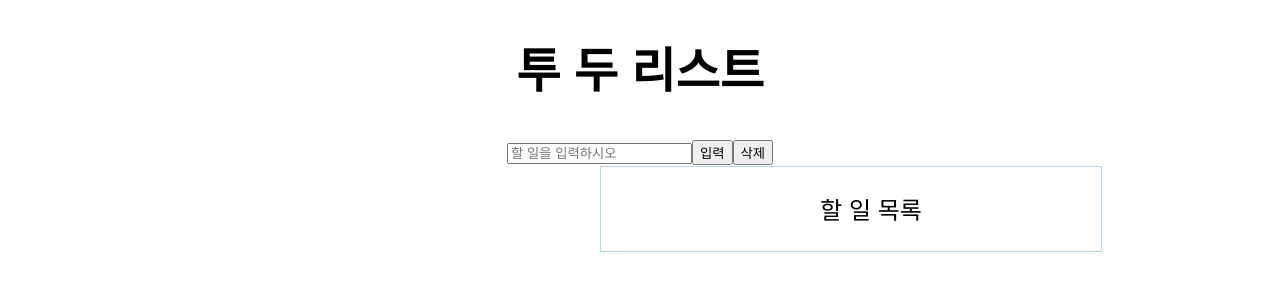
Repository: jun01270/Todo-List_React
Page: /, after clicking the first element matching `button`
These files come from the project's save history. The page is drawn as it stood at one moment and after the next save; the edit follows.
The browser window is 1280 px wide. The pictures show the whole page.
The project was rebuilt for these pictures with package versions that can differ from the ones it lists, and the page was loaded fresh each time.

Above is the page before, as saved 2023-01-03 01:47:19.

### public/index.html
<!DOCTYPE html>
<html lang="en">
  <head>
    <meta charset="utf-8" />
    <link rel="preconnect" href="https://fonts.googleapis.com" />
    <link rel="preconnect" href="https://fonts.gstatic.com" crossorigin />
    <link
      href="https://fonts.googleapis.com/css2?family=Nanum+Pen+Script&display=swap"
      rel="stylesheet"
    />
    <meta name="viewport" content="width=device-width, initial-scale=1" />
    <meta name="theme-color" content="#000000" />
    <meta
      name="description"
      content="Web site created using create-react-app"
    />
    <title>React App</title>
  </head>
  <body>
    <noscript>You need to enable JavaScript to run this app.</noscript>
    <div id="root"></div>
  </body>
</html>

### src/App.js
import "./App.css";
import Todo from "./todo";

function App() {
  return (
    <>
      <Todo />
    </>
  );
}

export default App;

### src/App.css
#todo {
  font-family: "Nanum Pen Script", cursive;
  font-size: x-large;
  display: flex;
  justify-content: center;
  text-align: center;
  flex-direction: column;
}

.todo-items {
  margin-left: 600px;
  width: 500px;
  border: 1px solid lightblue;
}

### src/todo.js
import { useState } from "react";
import "./App.css";

function Todo() {
  const [inputValue, setInputValue] = useState("");
  const [todoItems, setTodoItems] = useState([]);
  const [keyValue, keyState] = useState(0);
  const [key, inputKey] = useState([]);

  const handleInput = (e) => {
    setInputValue(e.target.value);
  };

  const handleTodo = (e) => {
    setTodoItems([...todoItems, inputValue]);
    keyState(keyValue + 1);
    inputKey([...key, keyValue]);
  };

  const deleteTodo = () => {
    setTodoItems([]);
  };

  return (
    <div id="todo">
      <h1>투 두 리스트</h1>
      <div>
        <input
          type="text"
          placeholder="할 일을 입력하시오"
          onChange={handleInput}
          value={inputValue}
        ></input>
        <button onClick={handleTodo}>입력</button>
        <button onClick={deleteTodo}>삭제</button>
      </div>
      <div className="todo-items">
        <ul>할 일 목록</ul>
        {todoItems.map((todos) => (
          <div id={keyValue}>{todos}</div>
        ))}
      </div>
    </div>
  );
}

export default Todo;

Loaded but not shown: src/index.js (common file); src/index.css (common file); src/reportWebVitals.js (common file)

After the next save:
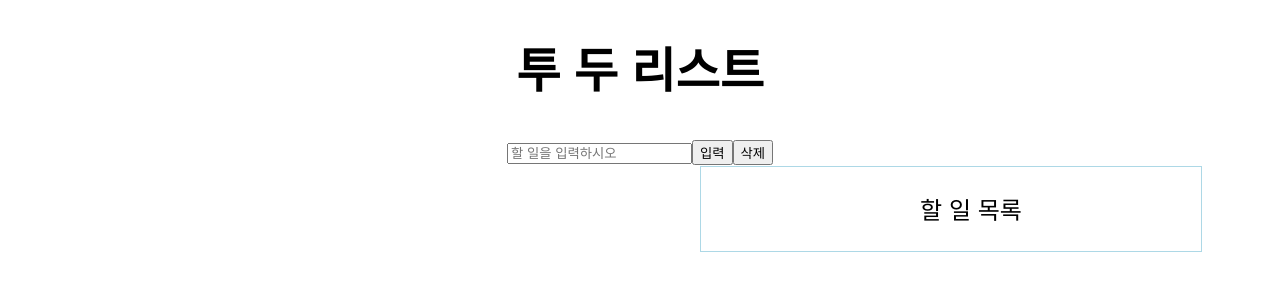
Saved 43 min 56 s later.
--- a/src/App.css
+++ b/src/App.css
@@ -8,7 +8,7 @@
 }
 
 .todo-items {
-  margin-left: 600px;
+  margin-left: 700px;
   width: 500px;
   border: 1px solid lightblue;
 }
